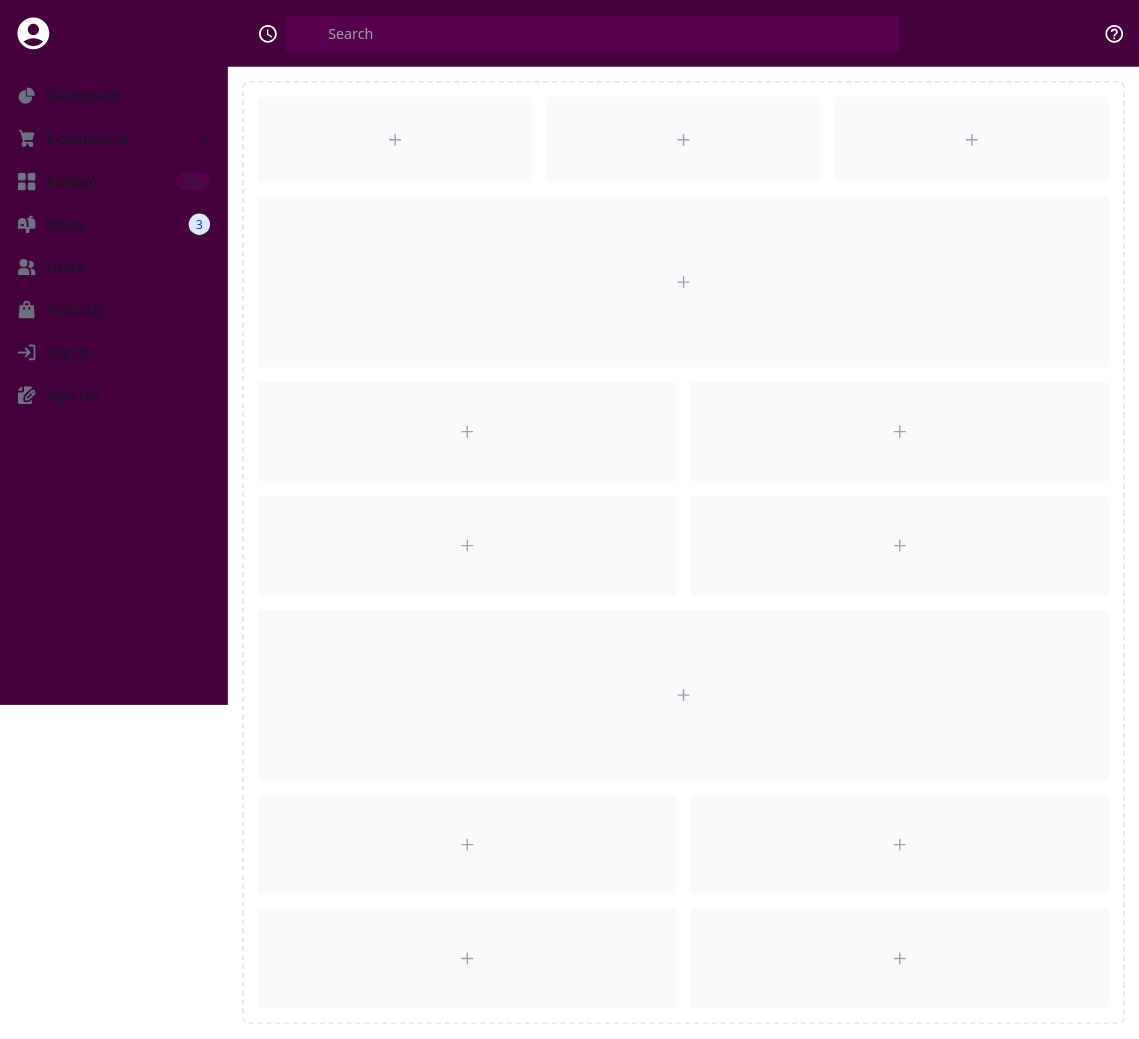
Repository: Shamraiz761/Slack_clone
Page: /
These files come from the project's save history. The page is drawn as it stood at one moment and after the next save; the edit follows.
The browser window is 1280 px wide. The pictures show the whole page, at 89% of full size.
The project was rebuilt for these pictures with package versions that can differ from the ones it lists, and the page was loaded fresh each time. Also part of the build but not shown: vite.config.js.

Above is the page before, as saved 2024-01-14 18:53:22.

After the next save:
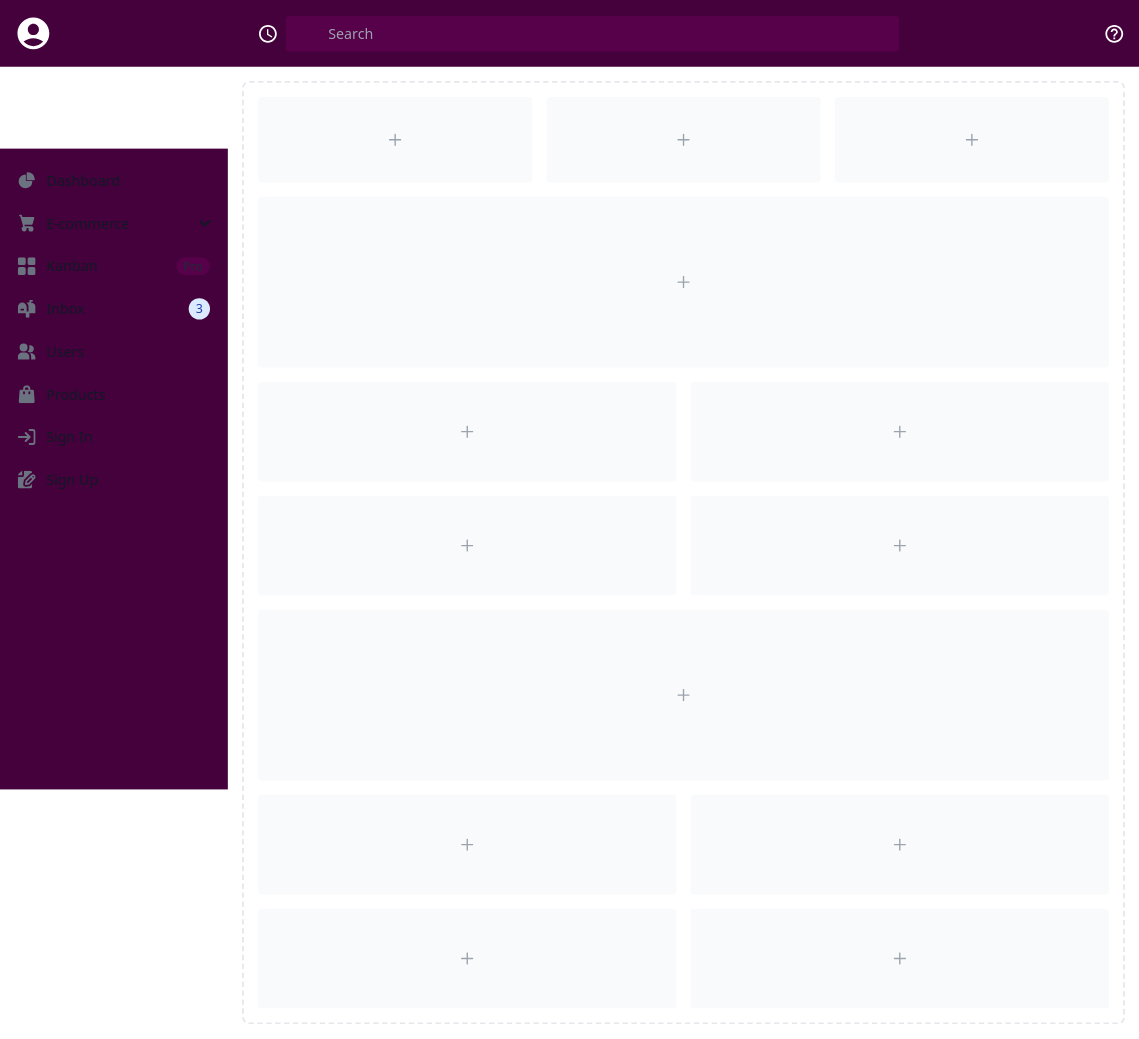
Saved 89 s later.
--- a/src/components/sidebar/Sidebar.jsx
+++ b/src/components/sidebar/Sidebar.jsx
@@ -28,7 +28,7 @@ function Sidebar() {
 
       <aside
         id="sidebar-multi-level-sidebar"
-        className="absolute top-full left-0 mt-[-1095px] w-64 h-screen transition-transform -translate-x-full sm:translate-x-0"
+        className="absolute top-full left-0 mt-[-1000px] w-64 h-screen transition-transform -translate-x-full sm:translate-x-0"
         aria-label="Sidebar"
       >
         <div className="h-full px-3 py-4 overflow-y-auto bg-[#45013b] ">
